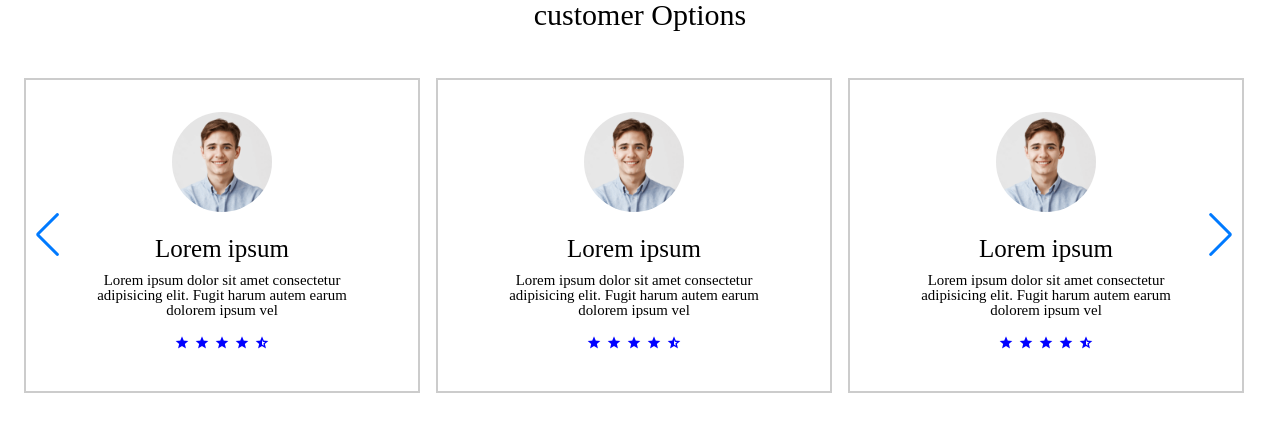
Repository: dinhhaidh/slider-3
Page: index.html
These files come from the project's save history. The page is drawn as it stood at one moment and after a run of saves; the edit follows.
The browser window is 1280 px wide. The pictures show the whole page.

Above is the page before, as saved 2024-03-22 21:27:37.

### index.html
<!DOCTYPE html>
<html lang="en">
<head>
    <meta charset="UTF-8">
    <meta name="viewport" content="width=device-width, initial-scale=1.0">
    <title>Document</title>
    <link rel="stylesheet" href="https://cdnjs.cloudflare.com/ajax/libs/remixicon/4.2.0/remixicon.min.css">

    <link rel="stylesheet" href="./css/swiper-bundle.min.css">

    <link rel="stylesheet" href="./css/style.css">

</head>
<body>
    <div class="customer">
        <h3 class="customer__title">customer Options</h3>
        <div class="customer__container container">
            <div class="customer__swiper swiper">
                <div class="swiper-wrapper">
                    <article class="customer__article swiper-slide">
                        <img src="./img1.png" alt="image" class="customer__img">

                        <h2 class="customer__heading">Lorem ipsum</h2>
                        <p>
                            Lorem ipsum dolor sit amet consectetur adipisicing elit. Fugit harum autem earum dolorem ipsum vel
                        </p>
                        <div class="customer__star">
                            <i class="ri-star-s-fill"></i>
                            <i class="ri-star-s-fill"></i>
                            <i class="ri-star-s-fill"></i>
                            <i class="ri-star-s-fill"></i>
                            <i class="ri-star-half-s-line"></i>
                        </div>
                    </article>

                    <article class="customer__article swiper-slide">
                        <img src="./img1.png" alt="image" class="customer__img">

                        <h2 class="customer__heading">Lorem ipsum</h2>
                        <p>
                            Lorem ipsum dolor sit amet consectetur adipisicing elit. Fugit harum autem earum dolorem ipsum vel
                        </p>

                        <div class="customer__star">
                            <i class="ri-star-s-fill"></i>
                            <i class="ri-star-s-fill"></i>
                            <i class="ri-star-s-fill"></i>
                            <i class="ri-star-s-fill"></i>
                            <i class="ri-star-half-s-line"></i>
                        </div>
                    </article>

                    <article class="customer__article swiper-slide">
                        <img src="./img1.png" alt="image" class="customer__img">

                        <h2 class="customer__heading">Lorem ipsum</h2>
                        <p>
                            Lorem ipsum dolor sit amet consectetur adipisicing elit. Fugit harum autem earum dolorem ipsum vel
                        </p>

                        <div class="customer__star">
                            <i class="ri-star-s-fill"></i>
                            <i class="ri-star-s-fill"></i>
                            <i class="ri-star-s-fill"></i>
                            <i class="ri-star-s-fill"></i>
                            <i class="ri-star-half-s-line"></i>
                        </div>
                    </article>

                </div>
                <!-- If we need navigation buttons -->
                <div class="swiper-button-prev"></div>
                <div class="swiper-button-next"></div>
            </div>
        </div>
    </div>


    <script src="./js/swiper-bundle.min.js"></script>
    <script src="./js/app.js"></script>
</body>
</html>

### css/style.css
*,
*:before,
*:after {
  box-sizing: border-box;
}
* {
  margin: 0;
  padding: 0;
  font: inherit;
}
img,
picture,
svg,
video {
  display: block;
  max-width: 100%;
}
input,
select,
textarea {
  background-color: transparent;
  outline: none;
}
button {
  cursor: pointer;
  background-color: transparent;
  outline: none;
  border: 0;
}
body {
  min-height: 100vh;
  font-weight: 400;
  font-size: 16px;
  line-height: 1;
}


.container{
    max-width: 1220px;
    Margin-inline: 1.5rem;
}


.customer__title{
    text-align: center;
    margin-bottom: 3rem;
    font-size: 30px;
}

.customer__article{
  text-align: center;
    padding: 2rem 3rem 2.5rem;
    background-color: #fff;
    border: 2px solid #ccc;
    transition: border .4s, background-color .4s;
}
.customer__img{
    width: 100px;
    border-radius: 50%;
    margin: 0 auto 1.5rem;
}
.customer__heading{
  font-size: 25px;
  margin-bottom: 0.75rem;
}
.customer__article p {
    margin-bottom: 1rem;
    text-align: center;
    font-size: 0.93rem;
}
.customer__star {
  color: blue;
}
@media screen and (min-width: 450px) {
  .customer__article{
    width: 320px;
  }
}

### js/app.js
// let swiperCustomer = new Swiper('.customer__swiper', {
//     loop: true,
//     spaceBetween: 16,
//     slidesPerView: 'auto',
//     centeredSlides: 'auto',

//     breakpoints: {
//         1150: {
//             slidesPerView: 3,
//             centeredSlides: false,
//         },
//     }
// });

let swiperCustomer = new Swiper('.customer__swiper', {
    loop: true,
    spaceBetween: 16,
    slidesPerView: 'auto',
    centeredSlides: 'auto',

     // Navigation arrows
    navigation: {
        nextEl: '.swiper-button-next',
        prevEl: '.swiper-button-prev',
    },

    breakpoints: {
        1150: {
            slidesPerView: 3,
            centeredSlides: false,
        }
    }
});

Loaded but not shown: css/swiper-bundle.min.css (library); js/swiper-bundle.min.js (library)

After the next 2 saves:
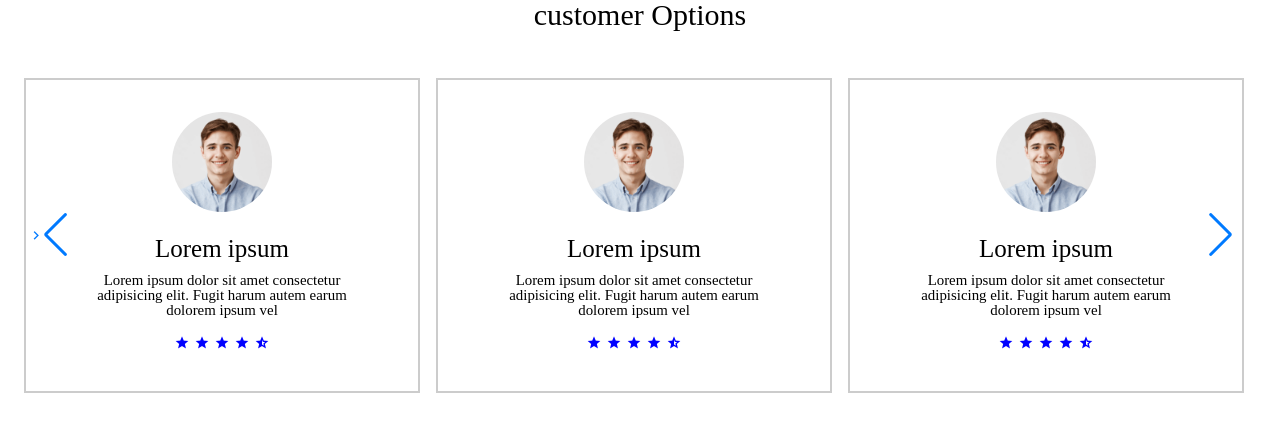
The 2 saves are shown as one change because they came seconds apart.
The last was saved 51 s later.
--- a/index.html
+++ b/index.html
@@ -69,8 +69,12 @@
 
                 </div>
                 <!-- If we need navigation buttons -->
-                <div class="swiper-button-prev"></div>
-                <div class="swiper-button-next"></div>
+                <div class="swiper-button-prev">
+                    <i class="ri-arrow-right-s-line"></i>
+                </div>
+                <div class="swiper-button-next">
+
+                </div>
             </div>
         </div>
     </div>
